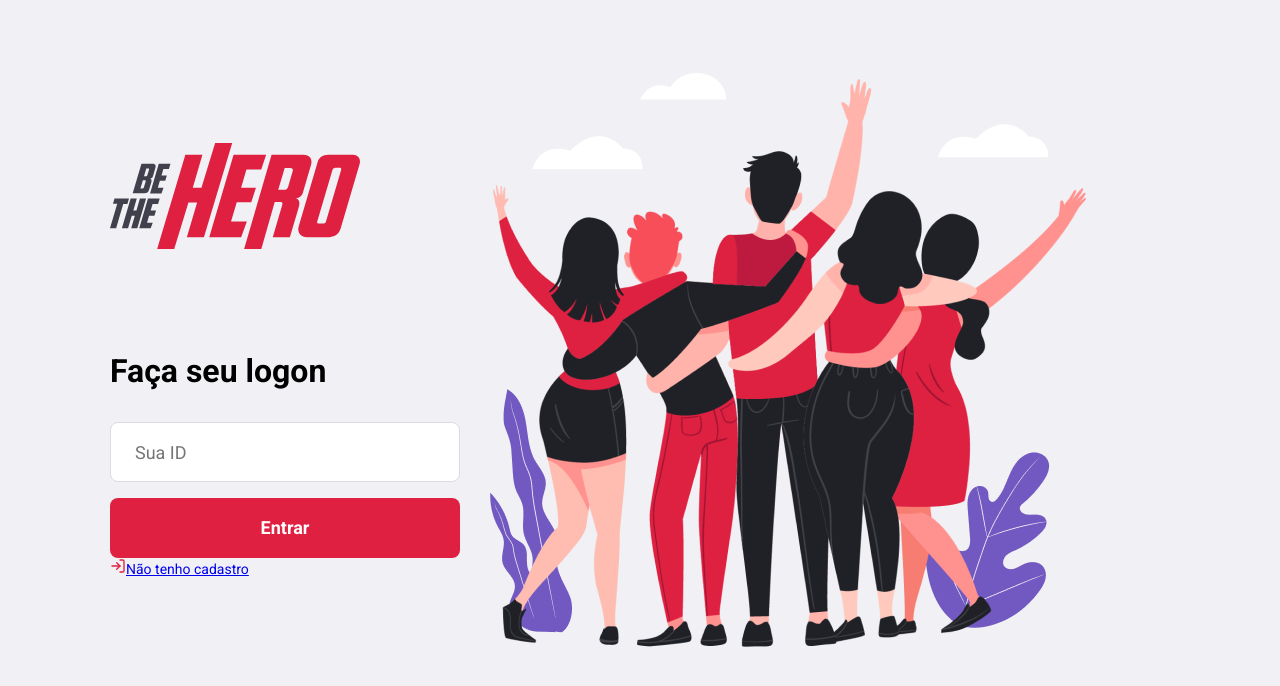
Repository: s7Thiago/semana-omnistack-11.0
Page: / (app in front-end/)
The author's editor kept a copy of each file at every save. The page is drawn from the files as they stood at one save, then again after the next save.
The browser window is 1280 px wide. The pictures show the whole page.
The pointer rests on the first visible `.button`.
The project was rebuilt for these pictures with package versions that can differ from the ones it lists, and the page was loaded fresh each time.

Above is the page before, as saved 2020-03-26 20:33:14.

### front-end/src/App.js
import React from 'react';
import './global.css';

import Logon from './pages/Logon';

function App() {

  return (
    <Logon />
  );
}

export default App;

### front-end/src/global.css
@import url('https://fonts.googleapis.com/css?family=Roboto:400,500,700&display=swap');

*{
    margin: 0;
    padding: 0;
    outline: 0;
    box-sizing: border-box; /*Faz com que o padding dos elementos seja anexado na sua largura e na sua altura*/
}

body{
    font: 400 14px Roboto, sans-serif;
    background: #f0f0f5;
    -webkit-font-smoothing: antialiased;
}

input, button, textarea {
    font: 400 18px Roboto, sans-serif;
}

button {
    cursor: pointer;
}

form input {
    width: 100%;
    height: 60px;
    color: #333;
    border: 1px solid #dcdce6;
    border-radius: 8px;
    padding: 0 24px;
}

.button {
    width: 100%;
    height: 60px;
    background: #e02041;
    border: 0;
    border-radius: 8px;
    color: #fff;
    font-weight: 700;
    margin-top: 16px;
    display: inline-block;
    text-align: center;
    text-decoration: nome;
    font-size: 18px;
    line-height: 60px;
}

.button:hover{

}

### front-end/src/pages/Logon/index.js
import React from 'react';
import { FiLogIn } from 'react-icons/fi'

import './styles.css'

import heroesImg from '../../assets/heroes.png';
import logoImg from '../../assets/logo.svg';

export default function Logon() {
    return (
        <div className="logon-container">
            <section className="form">
                {/* Logo */}
                <img src={logoImg} alt="Be the Hero" />

                {/* Formulário */}
                <form>
                    <h1>Faça seu logon</h1>
                    <input placeholder="Sua ID" />
                    <button className="button" type="submit">Entrar</button>

                    <a href="/register">
                        <FiLogIn size={16} color="#E02041" />
                        Não tenho cadastro</a>
                </form>

            </section>
            <img src={heroesImg} alt='Heroes' />
        </div>


    );
}

### front-end/src/pages/Logon/styles.css
.logon-container{
    width: 100%;
    max-width: 1120px;
    height: 100vh;
    margin: 0 auto;

    display: flex;
    align-items: center;
}

.logon-container section.form{
    width: 100%;
    max-width: 350px;
    margin: 30px;
}

.logon-container section.form form{
    margin-top: 100px;
}

.logon-container section.form form h1 {
    font-size: 32px;
    margin-bottom: 32px;
}

Loaded but not shown: front-end/src/index.js (common file)

After the next save:
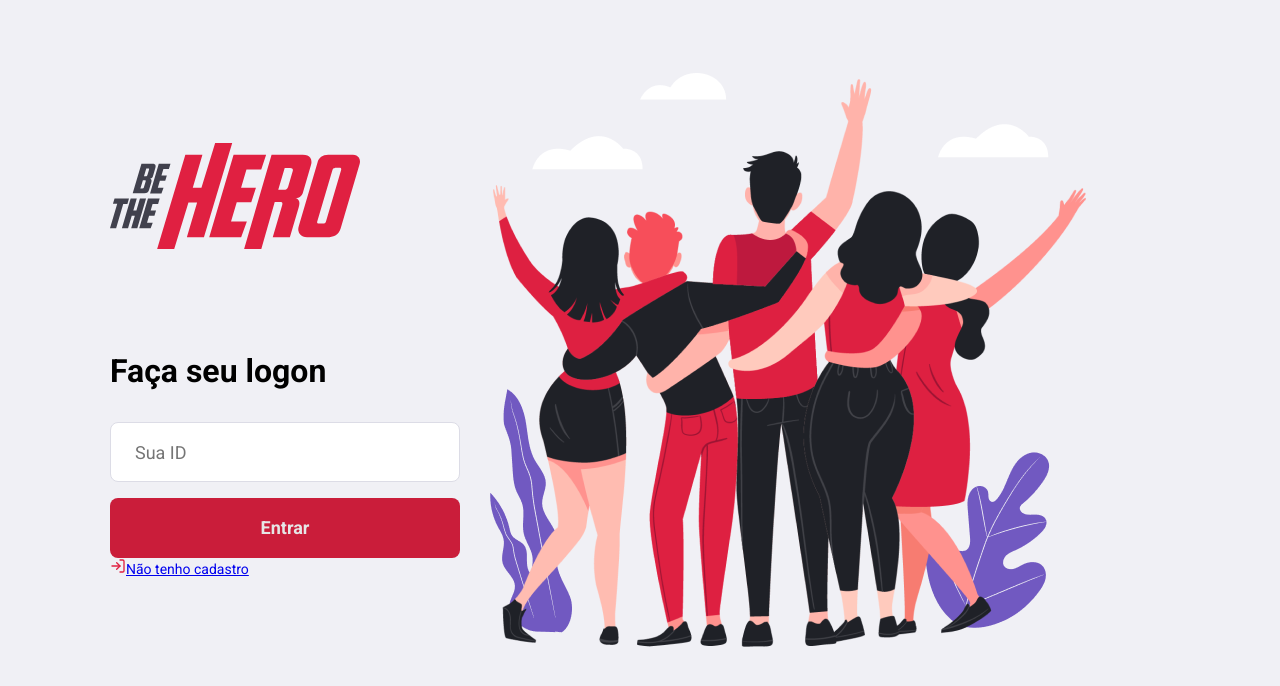
Saved 26 s later.
--- a/front-end/src/global.css
+++ b/front-end/src/global.css
@@ -47,5 +47,5 @@ form input {
 }
 
 .button:hover{
-
+    filter: brightness(90%);
 }
